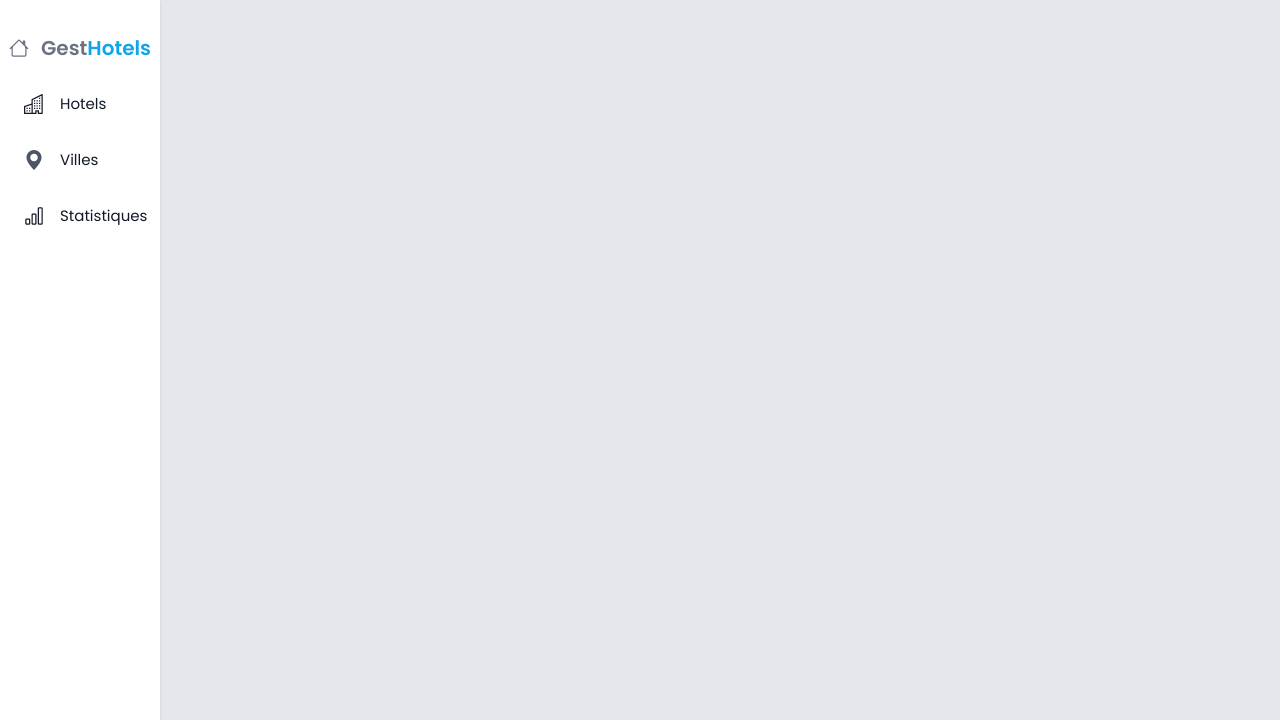
Repository: yahyamourid/GestHotelsEJB
Page: http://localhost/ISICEJBWeb/sidBar.jsp
The author's editor kept a copy of each file at every save. The page is drawn from the files as they stood at one save, then again after the next save.
The browser window is 1280 px wide. The pictures show the whole page.
Some web libraries are served in a nearby version. The page is served by Tomcat 10. Nobody is signed in. The application's start-up code is not run. Other server files are loaded and not shown.

Above is the page before, as saved 2023-12-01 15:58:02.
Console error: TypeError: Cannot read properties of null (reading 'classList')

### ISICEJBWeb/src/main/webapp/sidBar.jsp
<%@page import="java.util.regex.Matcher"%>
<%@page import="java.util.regex.Pattern"%>
<%@ page language="java" contentType="text/html; charset=ISO-8859-1" pageEncoding="ISO-8859-1"%>


<!DOCTYPE html>
<html lang="en">

    <head>
        <meta charset="UTF-8">
        <meta http-equiv="X-UA-Compatible" content="IE=edge">
        <meta name="viewport" content="width=device-width, initial-scale=1.0">
        <title>sidebar</title>
        <script src="https://cdn.tailwindcss.com"></script>
        <!-- <script src="./tailwind3.js"></script> -->
        <link href="https://fonts.googleapis.com/css2?family=Poppins:wght@200;300;400;500;600;800&display=swap"
              rel="stylesheet">
        <link rel="stylesheet" href="https://cdn.jsdelivr.net/npm/bootstrap-icons@1.7.2/font/bootstrap-icons.css">

    </head>

    <body class=" font-[Poppins] bg-gray-200 ">
        <%
    String url = request.getRequestURL().toString();
    Pattern pattern = Pattern.compile("[^/]+\\.jsp");
    Matcher matcher = pattern.matcher(url);

    String nomFichierJSP = "";
    if (matcher.find()) {
        nomFichierJSP = matcher.group();
    }


%>

        <div class="sidebar  fixed top-0 bottom-0 lg:left-0 left-[-300px] duration-1000
             px-2 pt-5 w-[160px] overflow-y-auto text-center  bg-white shadow h-screen">


            <div class=" text-xl">
                <div class="p-2.5 mt-1 flex justify-center items-center rounded-md ">
                    <i class="bi bi-house text-gray-500"></i>
                    <h1 class="ml-3 text-xl text-sky-500 font-semibold"><span class="text-gray-500">Gest</span>Hotels</h1>
                </div>

                <div >

                    <div  class="p-2.5 mt-2 flex items-center  rounded-md px-4 <%if (nomFichierJSP.equals("hotel.jsp")){%>bg-sky-600 <%}%> duration-300  cursor-pointer  hover:bg-sky-600">
                        <i class="bi bi-building text-gray-900"></i>
                        <span class="text-[15px] ml-4 text-gray-900 "><a href="hotel.jsp">Hotels</a></span>
                    </div>

                    <div class="p-2.5 mt-2 flex items-center rounded-md px-4 <%if (nomFichierJSP.equals("ville.jsp")){%>bg-sky-600 <%}%>duration-300 cursor-pointer  hover:bg-sky-600">
                        <i class="bi bi-geo-alt-fill text-gray-600"></i>
                        <span class="text-[15px] ml-4 text-gray-900"><a href="ville.jsp">Villes</a></span>
                    </div>
                    <div class="p-2.5 mt-2 flex items-center rounded-md px-4 <%if (nomFichierJSP.equals("ville.jsp")){%>bg-sky-600 <%}%>duration-300 cursor-pointer  hover:bg-sky-600">
                        <i class="bi bi-bar-chart text-gray-900"></i>
                        <span class="text-[15px] ml-4 text-gray-900"><a href="ville.jsp">Statistiques</a></span>
                    </div>
                </div>
            </div>
        </div>

        <script>
            function dropDown() {
                document.querySelector('#submenu').classList.toggle('hidden')
                document.querySelector('#arrow').classList.toggle('rotate-0')
            }
            dropDown()

            function Openbar() {
                document.querySelector('.sidebar').classList.toggle('left-[-300px]')
            }
        </script>


    </body>

</html>

After the next save:
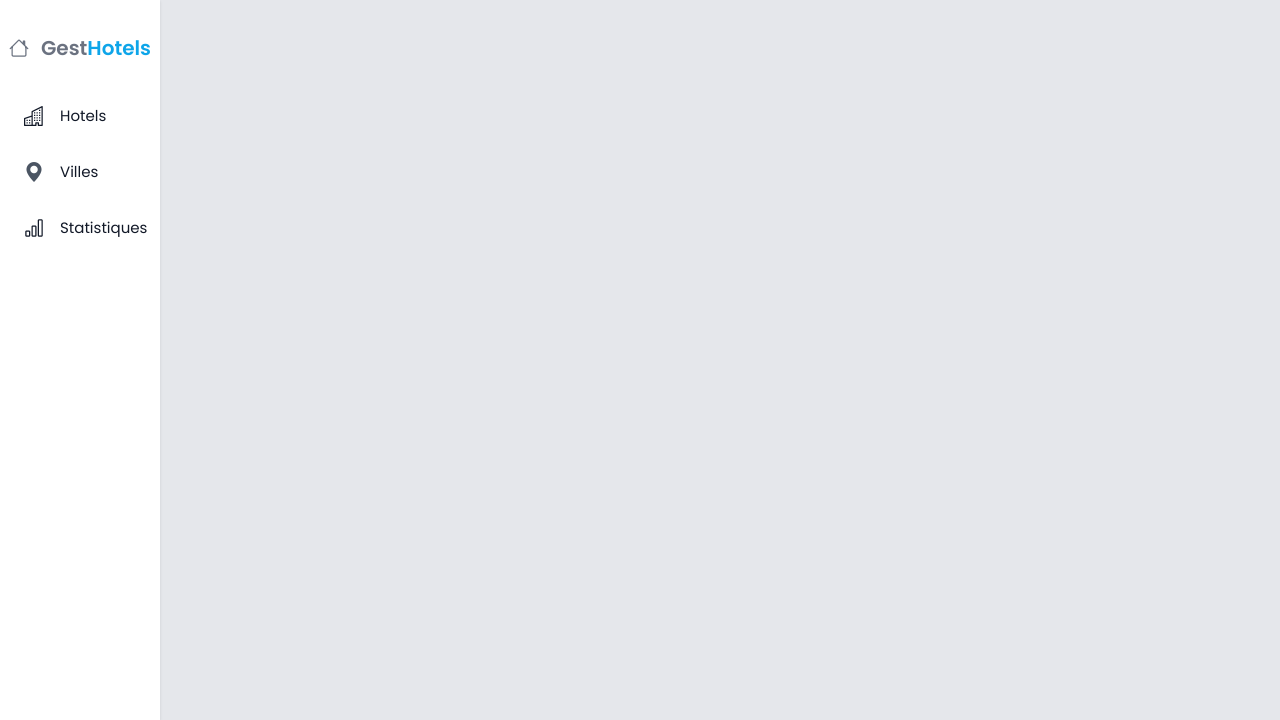
Saved 19 s later.
--- a/ISICEJBWeb/src/main/webapp/sidBar.jsp
+++ b/ISICEJBWeb/src/main/webapp/sidBar.jsp
@@ -38,7 +38,7 @@
 
 
             <div class=" text-xl">
-                <div class="p-2.5 mt-1 flex justify-center items-center rounded-md ">
+                <div class="p-2.5 mt-1 flex justify-center items-center rounded-md mb-5 ">
                     <i class="bi bi-house text-gray-500"></i>
                     <h1 class="ml-3 text-xl text-sky-500 font-semibold"><span class="text-gray-500">Gest</span>Hotels</h1>
                 </div>
